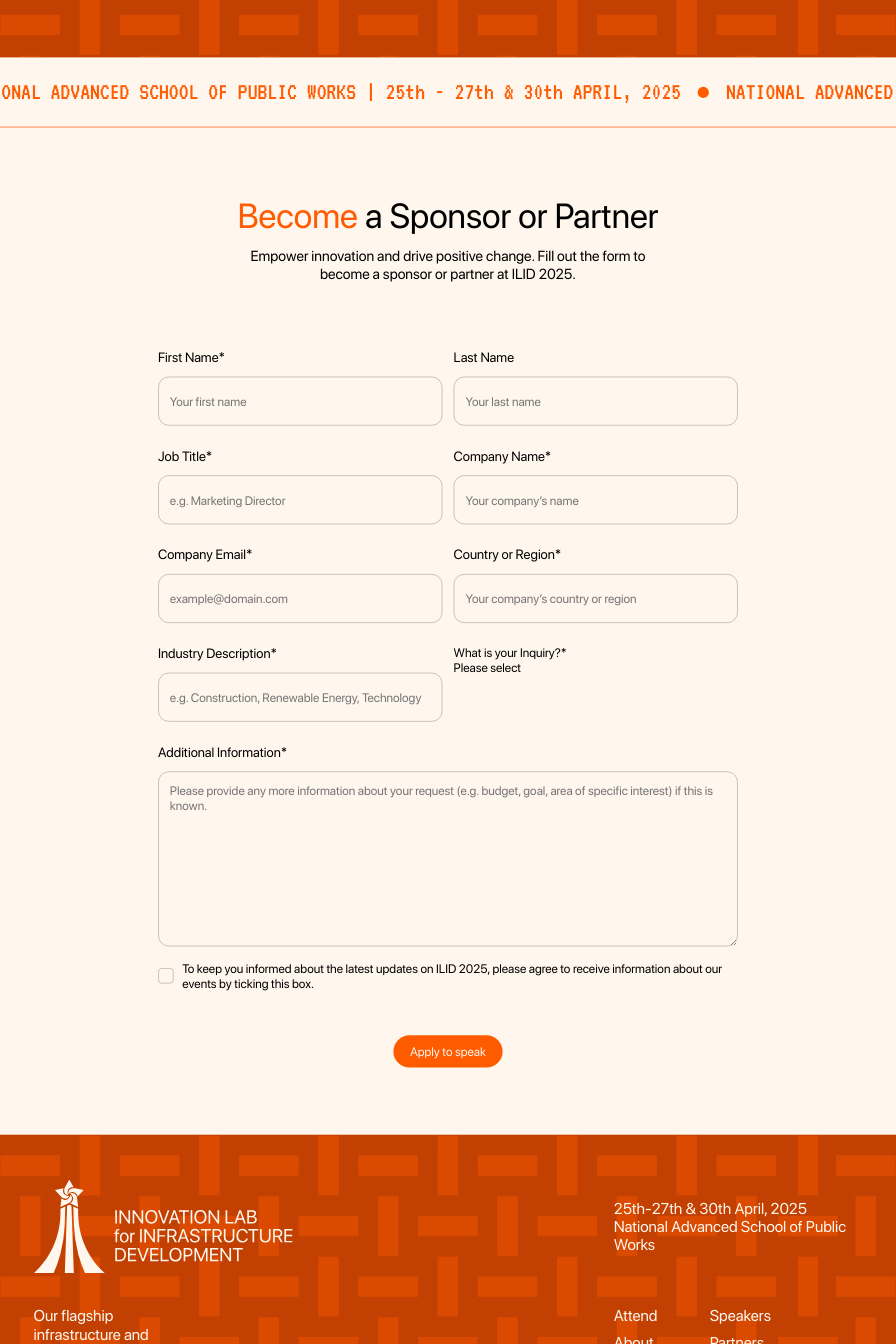
Repository: ilidevent/ilidwebsite
Page: /partners
These files come from the project's save history. The page is drawn as it stood at one moment and after a run of saves; the edit follows.
The browser window is 1280 px wide. The pictures show the part of the page from y = 530 to 2450 px (the page is 2758 px tall), at 70% of full size.
The project was rebuilt for these pictures with package versions that can differ from the ones it lists, and the page was loaded fresh each time. The framework's server and built-in components were replaced by stand-ins that run in the browser. Also part of the build but not shown: next.config.ts, components/ReUsables/ButtonTwo.tsx, styles/ReUsables/aboutboxwrapper.module.scss, components/ReUsables/TextEmail.tsx, styles/ReUsables/sloganbanner.module.scss, components/ReUsables/SloganBanner.tsx, styles/ReUsables/paddingtop.module.scss, components/ReUsables/PaddingTop.tsx and 43 more.

Above is the page before, as saved 2025-03-17 12:21:36.

### app/layout.tsx
import type { Metadata } from "next";
import localFont from "next/font/local";
import { Navbar } from "@/components";
import "../styles/globals.scss";
import Footer from "@/components/Navigation/Footer";

const regular = localFont({
  src: "./fonts/SF-Pro-Display-Regular.ttf",
  variable: "--regular-font"
})

const medium = localFont({
  src: "./fonts/SF-Pro-Display-Medium.ttf",
  variable: "--medium-font"
})

const semibold = localFont({
  src: "./fonts/SF-Pro-Display-Semibold.ttf",
  variable: "--semibold-font"
})

const heavy = localFont({
  src: "./fonts/SF-Pro-Display-Heavy.ttf",
  variable: "--heavy-font"
})

const script = localFont({
  src: "./fonts/VT323-Regular.ttf",
  variable: "--script-font"
})

export const metadata: Metadata = {
  title: "Innovation Lab for Infrastructure Development",
  description: "Generated by create next app",
};

export default function RootLayout({
  children,
}: Readonly<{
  children: React.ReactNode;
}>) {
  return (
    <html lang="en">
      <body className={`${regular.variable} ${medium.variable} ${semibold.variable} ${heavy.variable} ${script.variable}`}>
        <Navbar/>
        {children}
        <Footer/>
      </body>
    </html>
  );
}

### app/partners/layout.tsx
import type { Metadata } from "next";

export const metadata: Metadata = {
  title: "Partners ILID 2025",
  description: "From strategy to design, we craft brands that elevate visibility, build trust, and drive industry success.",
};

export default function RootLayout({
  children,
}: Readonly<{
  children: React.ReactNode;
}>) {
  return <>{children}</>;
}

### app/partners/page.tsx
import React from 'react'
import { PartnersPageWrapper } from '@/components'

const PartnersPage = () => {
  return (
    <div className='main'>
      <PartnersPageWrapper/>
    </div>
  )
}

export default PartnersPage

### components/index.ts
import Navbar from "./Navigation/Navbar";
import HomePageWrapper from "./HomePage/HomePageWrapper";
import AttendPageWrapper from "./AttendPage/AttendPageWrapper";
import SpeakerPageWrapper from "./SpeakerPage/SpeakerPageWrapper";
import AboutPageWrapper from "./AboutPage/AboutPageWrapper";
import AgendaPageWrapper from "./AgendaPage/AgendaPageWrapper";
import PitchPageWrapper from "./PitchPage/PitchPageWrapper";
import PartnersPageWrapper from "./PartnersPage/PartnersPageWrapper";

export {
  Navbar,
  HomePageWrapper,
  AttendPageWrapper,
  SpeakerPageWrapper,
  AboutPageWrapper,
  AgendaPageWrapper,
  PitchPageWrapper,
  PartnersPageWrapper
}

### components/Navigation/Navbar.tsx
import React from 'react'
import Image from 'next/image'
import Link from 'next/link'
import LOGO from "../../public/svg/whitelogo.svg"
import Button from '../ReUsables/Button'
import styles from "../../styles/Navigation/navbar.module.scss"

const Navbar = () => {
  const navLinks = [
    {
      name: "Attend",
      link: "/attend"
    },
    {
      name: "Speakers",
      link: "/speakers"
    },
    {
      name: "About",
      link: "/about"
    },
    {
      name: "Agenda",
      link: "/agenda"
    }
  ]

  const buttonOne = {
    name: "Pitch your idea",
    link: "/pitch-contest",
  }

  const buttonTwo = {
    name: "Partner with us",
    link: "/partners",
  }

  return (
    <>
      <header className={styles.nav__header}>
        <div className={`container ${styles.nav__container}`}>
          <Link className={styles.nav__logo} href="/">
            <Image fill quality={100} alt='ILID Logo' src={LOGO}/>
          </Link>
          <nav className={styles.nav__center}>
            {
              navLinks.map((data, i) => (
                <Link key={i} href={data.link}>{data.name}</Link>
              ))
            }
          </nav>
          <nav className={styles.nav__right}>
            <Button fill={false} buttonInfo={buttonOne}/>
            <Button fill buttonInfo={buttonTwo}/>
          </nav>
        </div>
      </header>
    </>
  )
}

export default Navbar

### components/PartnersPage/PartnersPageWrapper.tsx
"use client";

import React, { useEffect, useState, useRef } from "react";
import Lenis from "lenis";
import ReusableSection from "../ReUsables/ReusableSection";
import SpeakerForm from "../SpeakerPage/SpeakerForm";
import HeroSection from "../ReUsables/HeroSection";
import PartnersForm from "./PartnersForm";
import VenueBanner from "../ReUsables/VenueBanner";

const PartnersPageWrapper = () => {
  const [lenis, setLenis] = useState<Lenis | null>(null);
  const formRef = useRef<HTMLDivElement | null>(null);

  useEffect(() => {
    const lenisInstance = new Lenis({
      duration: 1,
    });

    function raf(time: number) {
      lenisInstance.raf(time);
      requestAnimationFrame(raf);
    }

    requestAnimationFrame(raf);

    // Store the lenis instance in state
    setLenis(lenisInstance);
  }, []);

  const HeroContent = {
    largeText: "Sponsor or Partner at ILID 2025",
    normalText:
      "Sponsor or Partner with us to ignite innovation, empower emerging leaders, and create resilient, future-ready communities in Cameroon.",
    buttonProps: {
      name: "Partner with us",
    }
  };

  const formContent = {
    header: "Become a Sponsor or Partner",
    keywords: ["Become"],
    text: "Empower innovation and drive positive change. Fill out the form to become a sponsor or  partner at ILID 2025.",
  };

  const HeroBreakpoints = {
    lg: "75vh",
    nm: "85vh",
    md: "100vh",
    sm: "100vh",
  };
  return (
    <>
      <HeroSection
        herocontent={HeroContent}
        breakpoints={HeroBreakpoints}
        lenis={lenis}
        reference={formRef}
      />
      <VenueBanner />
      <ReusableSection
        header={formContent.header}
        keywords={formContent.keywords}
        text={formContent.text}
        textColor="#000000"
        backgroundColor="#FFF6ED"
        ref={formRef}
      >
        <PartnersForm />
      </ReusableSection>
    </>
  )
}

export default PartnersPageWrapper

### styles/Navigation/footer.module.scss
.footer__section{
  width: 100%;
  height: auto;
  position: relative;
  background-color: var(--darkorange);
  padding: 4rem 0 0;
  color: var(--body-color);
}

.footer__container{
  height: auto;
  position: relative;
  z-index: 1;
  display: flex;
  flex-direction: column;
  gap: 7rem;
}

.footer__top{
  position: relative;
  width: 100%;
  display: flex;
  flex-direction: column;
  gap: 3rem;
  justify-content: flex-start;
  align-items: flex-start;
}

.ft__top{
  width: 100%;
  height: auto;
  display: flex;
  justify-content: space-between;
  align-items: center;
}

.ft__image{
  width: 370px;
  aspect-ratio: 1112.0159/400;
  position: relative;

  img {
    object-fit: cover;
  }
}

.loca__venue{
  width: 30%;
  height: auto;

  span{
    font-size: calc(var(--normal-font-size) + 0.3rem);
  }
}

.ft__bottom{
  width: 100%;
  height: auto;
  display: flex;
  justify-content: space-between;
  align-items: flex-start;
}

.ftb__left{
  width: 20%;
  height: auto;
  display: flex;
  flex-direction: column;
  gap: 1.5rem;

  p{
    font-size: calc(var(--normal-font-size) + 0.3rem);
    line-height: 1.2;
  }
}

.svg__container{
  position: relative;
  display: flex;
  gap: 1.5rem;
}

.svg{
  width: 25px;
  height: 25px;
  display: block;
  color: var(--body-color);
  position: relative;
}

.ftb__right{
  width: 30%;
  height: auto;
  display: flex;
  gap: 4rem;
  align-items: flex-start;
}

.fnav__links{
  display: flex;
  flex-direction: column;
  gap: 0.7rem;

  a{
    color: var(--body-color);
    font-size: calc(var(--normal-font-size) + 0.3rem);
    opacity: 1;
    transition: all 0.7s ease;

    &:hover{
      opacity: 0.6;
    }
  }
}

.fback__image{
  width: 100%;
  height: 100%;
  position: absolute;
  top: 0;
  left: 0;

  img{
    object-fit: cover;
  }
}

.footer__bottom{
  width: 100%;
  padding: 1.5rem 0;
  border-top: 1px solid var(--body-color);
  font-size: var(--small-font-size);
  display: flex;
  justify-content: space-between;
  align-items: center;

  p{
    display: flex;
    gap: 0.15rem;

    .better{
      font-family: var(--medium-font);
      text-decoration: underline;
      cursor: pointer;
    }
  }
}

### components/ReUsables/Button.tsx
"use client";

import React from "react";
import Link from "next/link";
import styles from "../../styles/ReUsables/button.module.scss";

interface ButtonInfo {
  name: string;
  link?: string;
}

interface ButtonProps {
  buttonInfo: ButtonInfo;
  fill: boolean;
  onClick?: () => void;
}

const Button = ({ buttonInfo, fill, onClick }: ButtonProps) => {
  // If a link is provided, render a Link
  if (buttonInfo.link) {
    return fill ? (
      <Link className={styles.button__background} href={buttonInfo.link}>
        {buttonInfo.name}
      </Link>
    ) : (
      <Link className={styles.button__stroke} href={buttonInfo.link}>
        {buttonInfo.name}
      </Link>
    );
  }

  // If no link is provided but an onClick is available, render a clickable span
  if (onClick) {
    return fill ? (
      <span className={styles.button__background} onClick={onClick}>
        {buttonInfo.name}
      </span>
    ) : (
      <span className={styles.button__stroke} onClick={onClick}>
        {buttonInfo.name}
      </span>
    );
  }

  // Fallback: render a non-clickable span
  return fill ? (
    <span className={styles.button__background}>{buttonInfo.name}</span>
  ) : (
    <span className={styles.button__stroke}>{buttonInfo.name}</span>
  );
};

export default Button;

### styles/Navigation/navbar.module.scss
.nav__header {
  width: 100%;
  height: auto;
  padding: 1rem 0;
  position: fixed;
  top: 0;
  left: 0;
  z-index: 100;
}

.nav__container {
  position: relative;
  display: flex;
  justify-content: space-between;
  align-items: center;
}

.nav__logo {
  width: 270px;
  aspect-ratio: 1112.0159/400;
  position: relative;

  img {
    object-fit: cover;
  }
}

.nav__center {
  position: absolute;
  top: 50%;
  left: 50%;
  transform: translate(-50%, -50%);
  display: flex;
  gap: 1.5rem;

  a {
    color: var(--body-color);
    opacity: 1;
    transition: opacity 0.5s ease;

    &:hover {
      opacity: 0.5;
    }
  }
}

.nav__right{
  display: flex;
  gap: 1.5rem
}

### components/ReUsables/HeroSection.tsx
import React from "react";
import Button from "./Button";
import Image from "next/image";
import Lenis from "lenis";
import HEROBACK from "../../public/svg/heroback.svg"
import styles from "../../styles/ReUsables/herosection.module.scss";

interface HeroContent {
  largeText: string;
  normalText: string;
  buttonText?: string;
  buttonProps: {
    name: string;
    link?: string;
  };
}

interface HeroBreakpoints {
  lg: string;
  nm: string;
  md: string;
  sm: string;
}

const HeroSection = ({
  herocontent,
  breakpoints,
  lenis,
  reference,
}: {
  herocontent: HeroContent;
  breakpoints: HeroBreakpoints;
  lenis?: Lenis | null;
  reference?: React.RefObject<HTMLDivElement | null>;
}) => {


  const handleLenisScroll = () => {
    if (lenis && reference?.current) {
      const referenceTop =
        window.scrollY + reference?.current.getBoundingClientRect().top;
      lenis.scrollTo(referenceTop);
    }
  };


  return (
    <section
      className={styles.hero__section}
      style={
        {
          "--lg": breakpoints.lg,
          "--nm": breakpoints.nm,
          "--md": breakpoints.md,
          "--sm": breakpoints.sm,
        } as React.CSSProperties
      }
    >
      <div className={styles.hero__container}>
        <div className={styles.content__wrapper}>
          <div className={styles.large__text}>
            <h1>{herocontent.largeText}</h1>
          </div>
          <div className={styles.normal__text}>
            <p>{herocontent.normalText}</p>
          </div>
          <div className={styles.hbutton__wrapper}>
            {herocontent.buttonText && <p className={styles.button__text}>{herocontent.buttonText}</p>}
            <Button fill={false} buttonInfo={herocontent.buttonProps} onClick={handleLenisScroll}/>
          </div>
        </div>
      </div>
      <div className={styles.hero__image}>
        <Image fill quality={100} alt="ILID Pattern" src={HEROBACK}/>
      </div>
    </section>
  );
};

export default HeroSection;

### styles/ReUsables/button.module.scss
.button__background{
  padding: 0.7rem 1.5rem;
  border-radius: 100px;
  background-color: var(--body-color);
  color: var(--orange);
  border: 1px solid transparent;
  transition: all 0.5s ease;
  cursor: pointer;

  &:hover{
    border: 1px solid var(--body-color);
    color: var(--body-color);
    background-color: transparent;
  }
}

.button__stroke{
  padding: 0.7rem 1.5rem;
  border-radius: 100px;
  background-color: transparent;
  color: var(--body-color);
  border: 1px solid var(--body-color);
  transition: all 0.5s ease;
  cursor: pointer;

  &:hover{
    border: 1px solid transparent;
    color: var(--orange);
    background-color: var(--body-color);
  }
}

.button__strokeTwo{
  padding: 0.7rem 1.5rem;
  border-radius: 100px;
  background-color: transparent;
  color: var(--orange);
  border: 1px solid var(--orange);
  transition: all 0.5s ease;

  &:hover{
    border: 1px solid transparent;
    color: var(--body-color);
    background-color: var(--orange);
  }
}

### styles/ReUsables/herosection.module.scss
.hero__section {
  width: 100vw;
  height: var(--nm);
  background-color: var(--darkorange);
  position: relative;
  color: var(--body-color);
}

.hero__image{
  width: 100%;
  height: 100%;
  position: absolute;
  top: 0;
  left: 0;

  img{
    object-fit: cover;
  }
}

.hero__container {
  width: 100%;
  height: 100%;
  position: relative;
  z-index: 1;
}

.content__wrapper {
  width: 930px;
  height: auto;
  position: absolute;
  top: 150px;
  left: 50%;
  transform: translateX(-50%);
  display: flex;
  flex-direction: column;
  justify-content: flex-start;
  align-items: center;
  gap: 1.5rem;
}

.large__text {
  h1 {
    font-size: calc(var(--biggest-font-size) - 2.3rem);
    font-weight: 100;
    text-align: center;
    line-height: 1.03;
  }
}

.normal__text {
  width: 70%;
  text-align: center;

  p {
    font-size: calc(var(--normal-font-size) + 0.2rem);
  }
}

.hbutton__wrapper{
  display: flex;
  flex-direction: column;
  gap: 1rem;
  align-items: center;
  margin-top: 1.5rem;
}

@media screen and (min-height: 800px) {
  .hero__section{
    height: var(--lg);
  }

  .content__wrapper{
    width: 1030px;
    top: 21%;
  }

  .large__text {
    h1 {
      font-size: calc(var(--biggest-font-size) - 1.5rem);
      font-weight: 100;
      text-align: center;
      line-height: 1.1;
    }
  }

  .normal__text {
    width: 70%;
    text-align: center;

    p {
      font-size: calc(var(--h2-font-size) - 1rem);
    }
  }

  .hbutton__wrapper{
    display: flex;
    flex-direction: column;
    gap: 1.5rem;
    align-items: center;
    margin-top: 2rem;
  }
}

### styles/ReUsables/venuebanner.module.scss
.vb__section{
  position: relative;
  width: 100%;
  height: auto;
  padding: 0rem 0 3rem;
}

.vbslider__container{
  width: 100%;
  padding: 2rem 0;
  border-bottom: 1px solid var(--orange);
}

.vb__slider{
  width: max-content;
  position: relative;
  display: flex;
}

.vslider__main{
  display: flex;

  .vslider__space{
    width: 1rem;
    height: 1rem;
    display: block;
  }
}

.vslider__content{
  display: flex;
  gap: 1.5rem;
  align-items: center;
  font-family: var(--script-font);
  font-size: calc(var(--h2-font-size) - 0.3rem);
  color: var(--orange);
}

.vfirst__slide{
  display: flex;
  align-items: center;
  gap: 1.5rem;

  p{
    word-wrap: none;
  }

  .vspan__button{
    display: block;
    width: 1rem;
    height: 1rem;
    border-radius: 50%;
    background-color: var(--orange);
  }
}

### components/ReUsables/HighlighedText.tsx
import React from 'react'
import styles from "../../styles/ReUsables/highlightedtext.module.scss";

interface HighlightedTextProps {
  text: string;
  keywords?: string[];
  color: string;
}

const HighlightedText = ({
  text,
  keywords,
  color
}: HighlightedTextProps) => {
  // Split the text into words
  const words = text.split(" ");

  return (
    <p className={styles.large__text}>
      {words.map((word, index) => {
        // Remove punctuation for matching and convert to lowercase.
        const cleanedWord = word.replace(/[.,!?;:()]/g, "");

        if (keywords?.includes(cleanedWord)) {
          return (
            <span key={index} style={{color: "var(--orange)"}}>
              {word}{" "}
            </span>
          );
        } else {
          return (
            <span key={index} style={{color: color}}>
              {word}{" "}
            </span>
          );
        }
      })}
    </p>
  );
};

export default HighlightedText;

### styles/ReUsables/reusablesection.module.scss
.rs__content{
  width: 100%;
  height: auto;
  position: relative;
}

.rs__container{
  height: max-content;
}

.rs__wrapper{
  width: 100%;
  height: auto;
  display: flex;
  flex-direction: column;
  justify-content: flex-start;
  gap: 6rem;
  align-items: center;
}

.rscontent__header{
  width: 60%;
  display: flex;
  flex-direction: column;
  align-items: center;
  justify-content: flex-start;
  gap: 1rem;

  .p__tag{
    text-align: center;
    width: 85%;
    font-size: calc(var(--normal-font-size) + 0.2rem);
  }
}

.rsmain__content{
  width: 100%;
  height: auto;
}

.rButton{
  display: flex;
  flex-direction: column;
  align-items: center;

}

.rbutton__text{
  width: max-content;
  margin-bottom: 1rem;
}

### components/ReUsables/FormInput.tsx
"use client";

import React, { useState, useEffect } from "react";
import styles from "../../styles/ReUsables/forminput.module.scss";

interface FormField {
  id: number;
  name: string;
  type: string;
  placeholder: string;
  errorMessage?: string;
  label: string;
  required: boolean;
  minlength?: number;
  inputState: boolean;
}

const FormInput = ({
  data,
  isSubmitting,
}: {
  data: FormField;
  isSubmitting: boolean;
}) => {
  const [focused, setFocused] = useState(false);

  useEffect(() => {
    if (isSubmitting) {
      setFocused(false);
    }
  }, [isSubmitting]);

  const handleFocus = () => {
    if (!isSubmitting) { // Skip onBlur during form reset/submission
      setFocused(true);
    }
  };

  return (
    <div className={styles.input__wrapper}>
      <label htmlFor={data.name} className={styles.label}>
        {data.label}
      </label>
      {data.inputState ? (
        <input
          className={styles.input}
          name={data.name}
          type={data.type}
          placeholder={data.placeholder}
          required={data.required}
          minLength={data.minlength}
          onBlur={handleFocus}
          data-focused={focused.toString()}
        />
      ) : (
        <textarea
          className={styles.textarea}
          name={data.name}
          placeholder={data.placeholder}
          required={data.required}
          minLength={data.minlength}
          onBlur={handleFocus}
          data-focused={focused.toString()}
        />
      )}
      <span className={styles.error}>{data.errorMessage}</span>
    </div>
  );
};

export default FormInput;

### styles/ReUsables/highlightedtext.module.scss
.large__text{
  font-size: calc(var(--h2-font-size) + 0.6rem);
}

.phrase__text{
  font-size: calc(var(--normal-font-size) + 0.6rem);
  text-align: justify;
}

### components/ReUsables/FormSelector.tsx
import React from 'react'
import styles from "../../styles/ReUsables/formselector.module.scss"

const FormSelector = () => {
  return (
    <div className={styles.select__wrapper}>
      <div className={styles.finput__wrapper}>
        <span className={styles.flabel}> What is your Inquiry?*</span>
        <div className={styles.finput}>
          <span>Please select</span>
        </div>
      </div>
    </div>
  )
}

export default FormSelector

### styles/ReUsables/forminput.module.scss
.input__wrapper{
  width: 100%;
  height: auto;
  display: flex;
  flex-direction: column;
  gap: 1rem
}

.label{
  font-size: calc(var(--normal-font-size) + 0.1rem);
  text-transform: none;
}

.input {
  width: 100%;
  height: 70px;
  padding-left: 1rem;
  outline: none;
  background-color: transparent;
  border-radius: 15px;
  border: 1px solid rgba(0, 0, 0, 0.3);


  &:focus {
    border: 1px solid #ffa473;
  }

  &:invalid[data-focused="true"] {
    border: 1px solid red;
  }

  &:invalid[data-focused="true"] ~ .error {
    display: block;
  }
}

.textarea {
  width: 100%;
  min-height: 250px;
  padding-top: 1rem;
  padding-left: 1rem;
  outline: none;
  border: 1px solid rgba(0, 0, 0, 0.3);
  background-color: transparent;
  border-radius: 15px;


  &:focus {
    border: 1px solid #ffa473;
  }

  &:invalid[data-focused="true"] {
    border: 1px solid rgb(255, 0, 0);
  }

  &:invalid[data-focused="true"] ~ .error {
    display: block;
  }
}

.error {
  font-size: calc(var(--normal-font-size) - 0.1rem);
  color: rgb(255, 0, 0);
  display: none;
  margin-top: -0.2rem;
}

### styles/ReUsables/formselector.module.scss
.select__wrapper{
  width: 100%;
  height: auto;
  display: flex;
  flex-direction: column;
  gap: 0.8rem; //1rem -0.2rem(margin of error message)
}

.finput__wrapper{

}

Loaded but not shown: utils/index.ts (2098 lines, source omitted); components/Navigation/BetterMarque.tsx (236 lines, source omitted); components/Navigation/Footer.tsx (119 lines, source omitted); components/PartnersPage/PartnersForm.tsx (122 lines, source omitted); components/ReUsables/VenueBanner.tsx (90 lines, source omitted); styles/Navigation/bettermarque.module.scss (150 lines, source omitted); styles/globals.scss (167 lines, source omitted); components/ReUsables/ReusableSection.tsx (86 lines, source omitted); styles/AttendPage/attendform.module.scss (137 lines, source omitted)

After the next 3 saves:
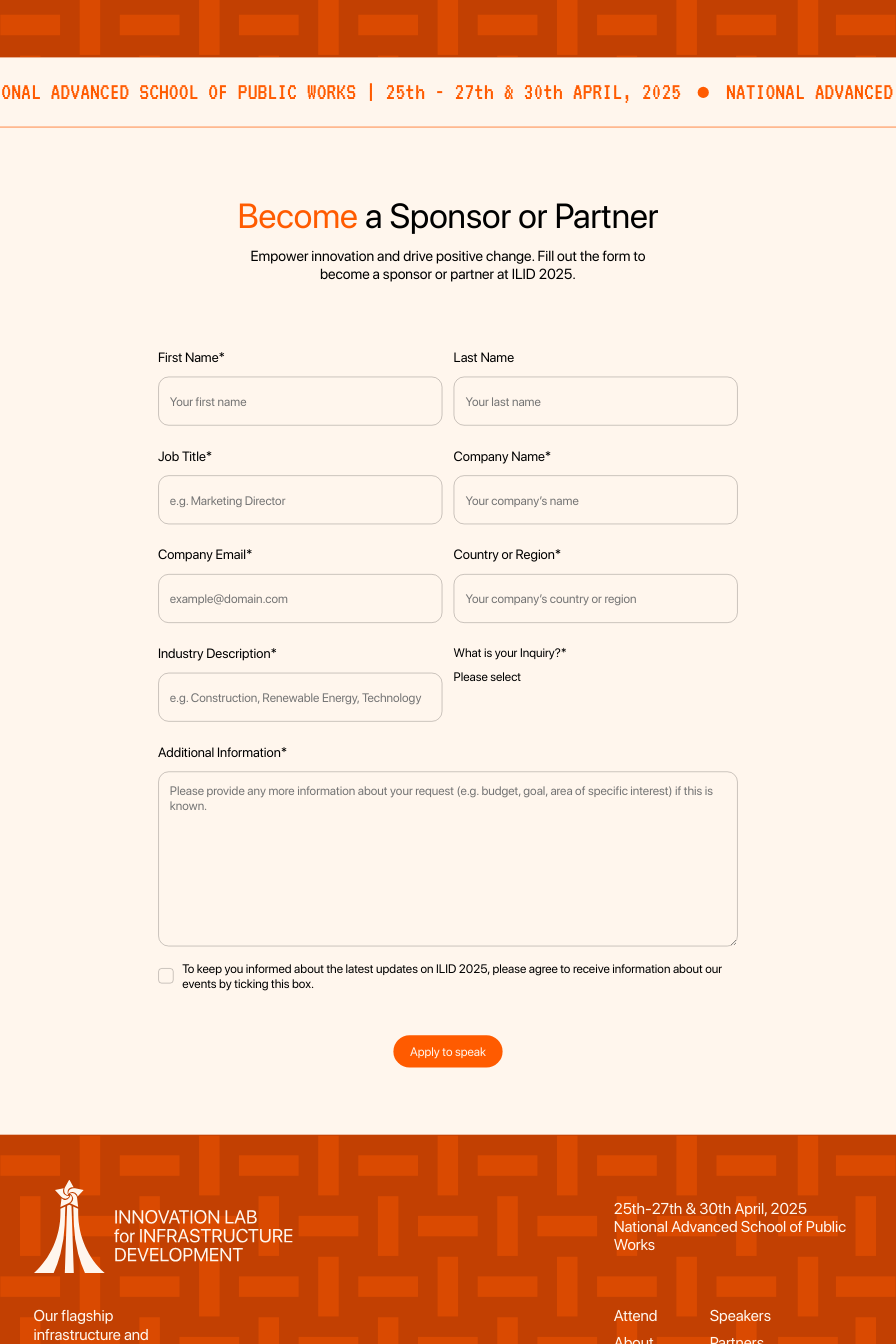
The 3 saves are shown as one change because they came seconds apart.
The last was saved 94 s later.
--- a/components/ReUsables/FormSelector.tsx
+++ b/components/ReUsables/FormSelector.tsx
@@ -1,17 +1,15 @@
-import React from 'react'
-import styles from "../../styles/ReUsables/formselector.module.scss"
+import React from "react";
+import styles from "../../styles/ReUsables/formselector.module.scss";
 
 const FormSelector = () => {
   return (
     <div className={styles.select__wrapper}>
-      <div className={styles.finput__wrapper}>
-        <span className={styles.flabel}> What is your Inquiry?*</span>
-        <div className={styles.finput}>
-          <span>Please select</span>
-        </div>
+      <span className={styles.flabel}> What is your Inquiry?*</span>
+      <div className={styles.finput}>
+        <span>Please select</span>
       </div>
     </div>
-  )
-}
+  );
+};
 
-export default FormSelector
+export default FormSelector;
